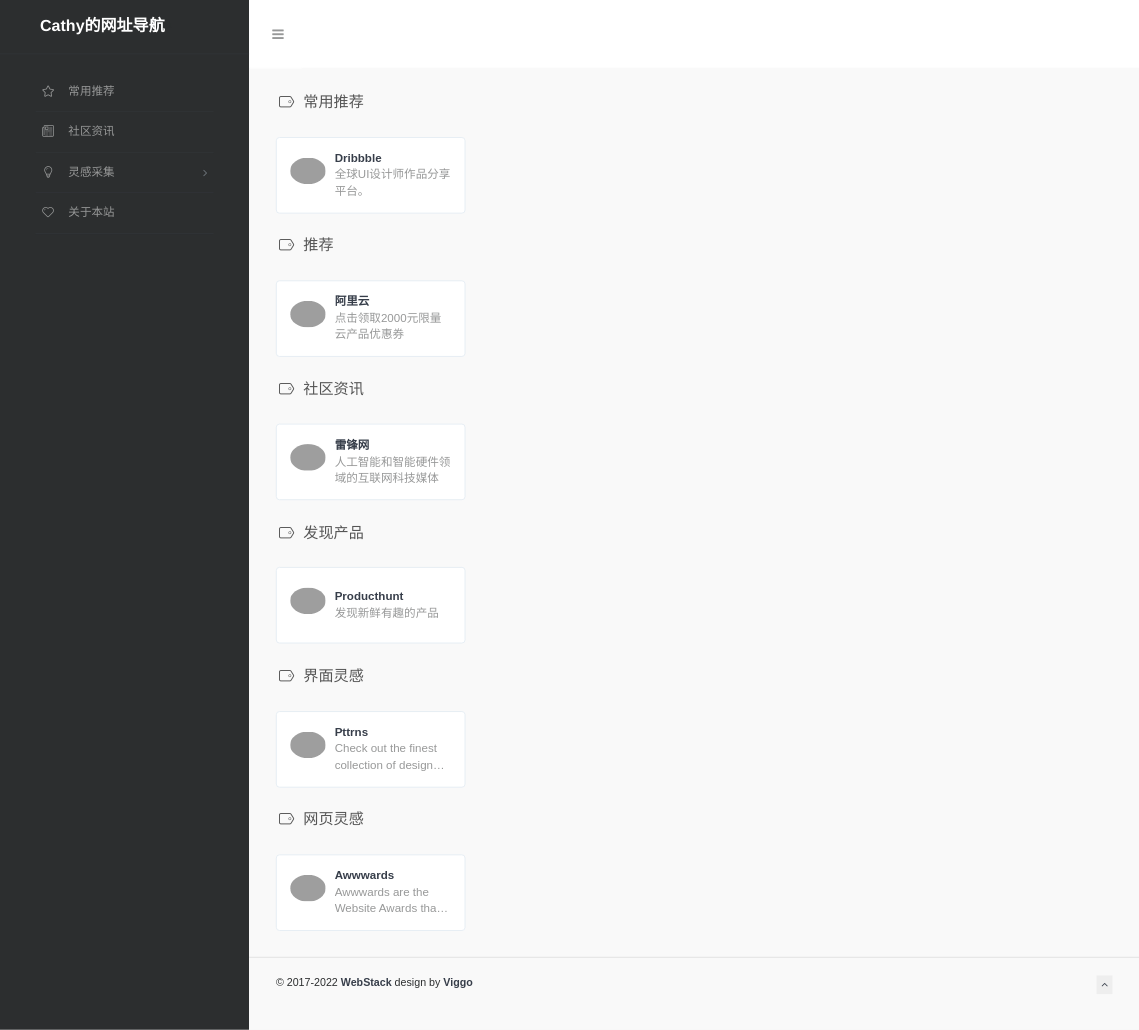
Repository: SweetPomelo0/AINav
Page: cn/index.html
These files come from the project's save history. The page is drawn as it stood at one moment and after the next save; the edit follows.
The browser window is 1280 px wide. The pictures show the whole page, at 89% of full size.
Pictures or frames that could not be fetched are drawn as grey boxes.

Above is the page before, as saved 2025-07-24 21:52:59.

After the next save:
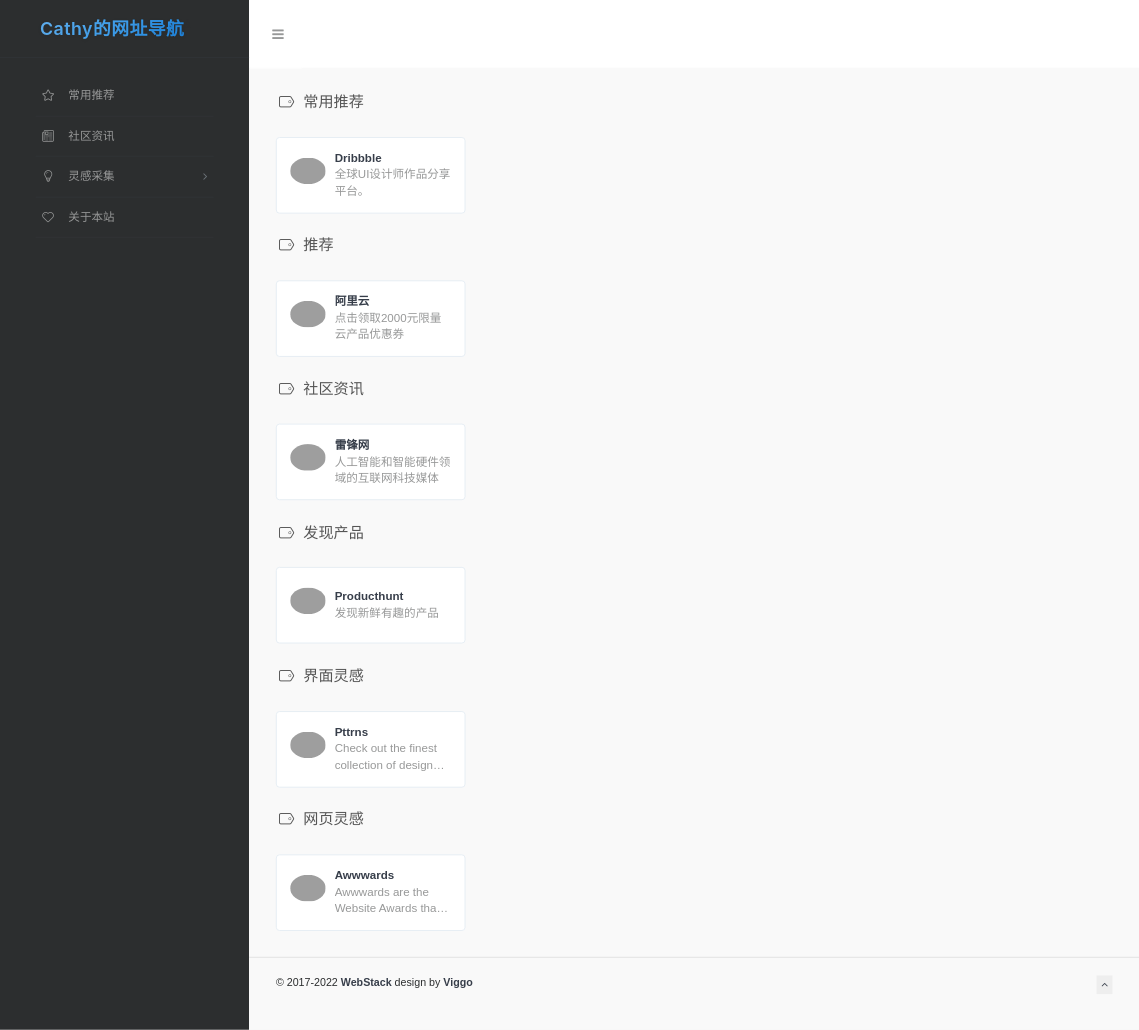
Saved 59 s later.
--- a/cn/index.html
+++ b/cn/index.html
@@ -34,14 +34,19 @@
       }
 
       .logo-title {
-        color: #ffffff;
-        font-size: 18px;
-        font-weight: bold;
-        font-family: 'Microsoft YaHei', 'PingFang SC', 'Helvetica Neue', Arial, sans-serif;
+        background: linear-gradient(135deg, #64b5f6 0%, #42a5f5 50%, #1e88e5 100%);
+        -webkit-background-clip: text;
+        -webkit-text-fill-color: transparent;
+        background-clip: text;
+        font-size: 20px;
+        font-weight: 600;
+        font-family: 'Microsoft YaHei', 'PingFang SC', 'SF Pro Display', 'Helvetica Neue', Arial, sans-serif;
         text-decoration: none;
         display: inline-block;
-        line-height: 1.2;
-        transition: color 0.3s ease;
+        line-height: 1.3;
+        letter-spacing: 0.5px;
+        transition: all 0.3s ease;
+        text-shadow: 0 2px 4px rgba(0,0,0,0.1);
       }
 
       .logo-title-collapsed {
